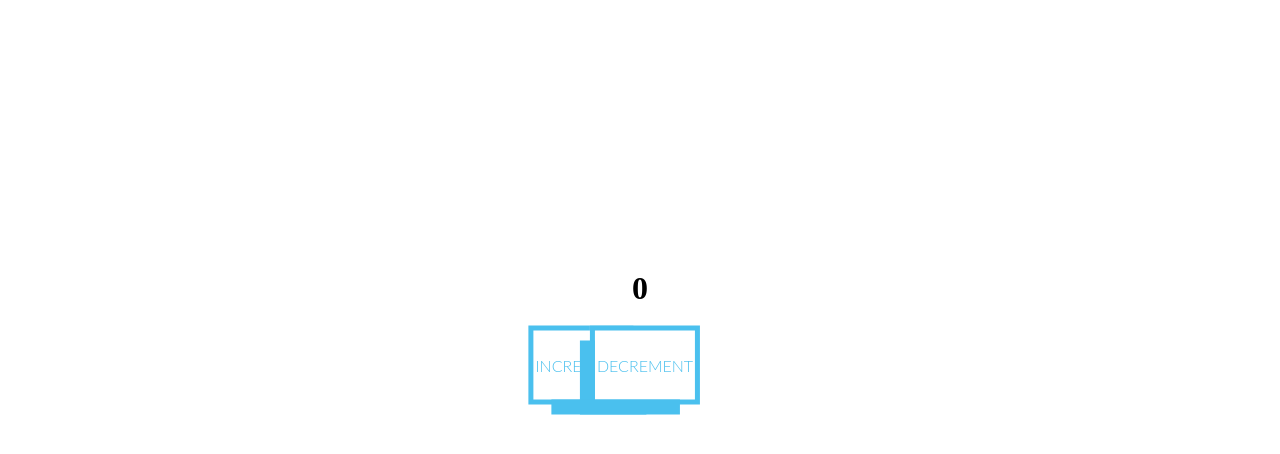
Repository: Ellisvelandia/react_introduction_test
Page: /
An editor plug-in stored every save of this project. The page is shown before and after the next save, followed by the edit.
The browser window is 1280 px wide. The pictures show the whole page.
The project was rebuilt for these pictures with package versions that can differ from the ones it lists, and the page was loaded fresh each time. Also part of the build but not shown: src/index.css.

Above is the page before, as saved 2022-08-15 20:13:39.

### src/App.js
import "./App.scss";
import React, { useState } from "react";

const App = () => {
  const [num, changeNum] = useState(0);

  const incrementNum = () => {
    changeNum(num + 2);
  };

  const decrementNum = () => {
    if (num - 1 < 0) {
      alert(`you can't decrease than 0`);
    } else {
      changeNum(num - 2);
    }
  };

  return (
    <>
      <div className="container">
        <h1>{num}</h1>
        <button className="button_I" onClick={incrementNum}>Increment</button>
        <button className="button_D" onClick={decrementNum}>Decrement</button>
      </div>
    </>
  );
};

export default App;

### src/App.scss
* {
  margin: 0;
  padding: 0;
  box-sizing: border-box;
}

body {
  width: 100%;
  height: 100vh;
  display: flex;
  justify-content: center;
  align-items: center;
  flex-direction: column;
}

.container {
  align-self: center;
}

h1 {
  position: absolute;
  left: 50%;
  top: 40%;
  transform: translateX(-50%) translateY(-50%);
}

button {
  font-size: 1rem;
  margin: 5px;
  font-family: "Lato", sans-serif;
  font-weight: 300;
}


.button_I {
  position: absolute;
  left: 45%;
  top: 50%;
  transform: translateX(-50%) translateY(-50%);

  background: #fff;
  max-width: 120px;
  padding: 25px 2px;

  border: 5px solid #4ac0ee;
  color: #4ac0ee;
  text-transform: uppercase;
  text-align: center;

  z-index: 2;
  transition: all 0.15s 0.15s ease-out;

  &:after,
  &:before {
    position: absolute;
    width: 100%;
    max-width: 100%;
    top: 100%;
    left: 0;
    bottom: -10px;
    content: "";
    z-index: 1;
    transition: all 0.15s 0.15s ease-out;
  }

  &:before {
    background: #4ac0ee;
    top: 10px;
    left: 103px;
    height: 100%;
    width: 15px;
  }

  &:after {
    width: 100%;
    background: #4ac0ee;
    right: 0px;
    left: 18px;
    height: 15px;
  }

  &:hover {
    background: #4ac0ee;
    color: #fff;
    margin-left: -7.5px;
    margin-bottom: -7.5px;

    &:after,
    &:before {
      top: 100%;
      left: 0;
      bottom: 0px;
    }

    &:before {
      top: 0px;
      left: 0px;
      width: 0px;
    }

    &:after {
      right: 0px;
      left: 0px;
      height: 0px;
    }
  }
}



.button_D {
  position: absolute;
  left: 50%;
  top: 50%;
  transform: translateX(-50%) translateY(-50%);

  background: #fff;
  max-width: 120px;
  padding: 25px 2px;

  border: 5px solid #4ac0ee;
  color: #4ac0ee;
  text-transform: uppercase;
  text-align: center;

  z-index: 2;
  transition: all 0.15s 0.15s ease-out;

  &:after,
  &:before {
    position: absolute;
    width: 100%;
    max-width: 100%;
    top: 100%;
    left: 0;
    bottom: -10px;
    content: "";
    z-index: 1;
    transition: all 0.15s 0.15s ease-out;
  }

  &:before {
    background: #4ac0ee;
    top: 10px;
    left: -15px;
    height: 100%;
    width: 15px;
  }

  &:after {
    width: 100%;
    background: #4ac0ee;
    right: 0px;
    left: -15px;
    height: 15px;
  }

  &:hover {
    background: #4ac0ee;
    color: #fff;
    margin-left: -7.5px;
    margin-bottom: -7.5px;

    &:after,
    &:before {
      top: 100%;
      left: 0;
      bottom: 0px;
    }

    &:before {
      top: 0px;
      left: 0px;
      width: 0px;
    }

    &:after {
      right: 0px;
      left: 0px;
      height: 0px;
    }
  }
}

Loaded but not shown: public/index.html (common file); src/index.js (common file); src/reportWebVitals.js (common file)

After the next save:
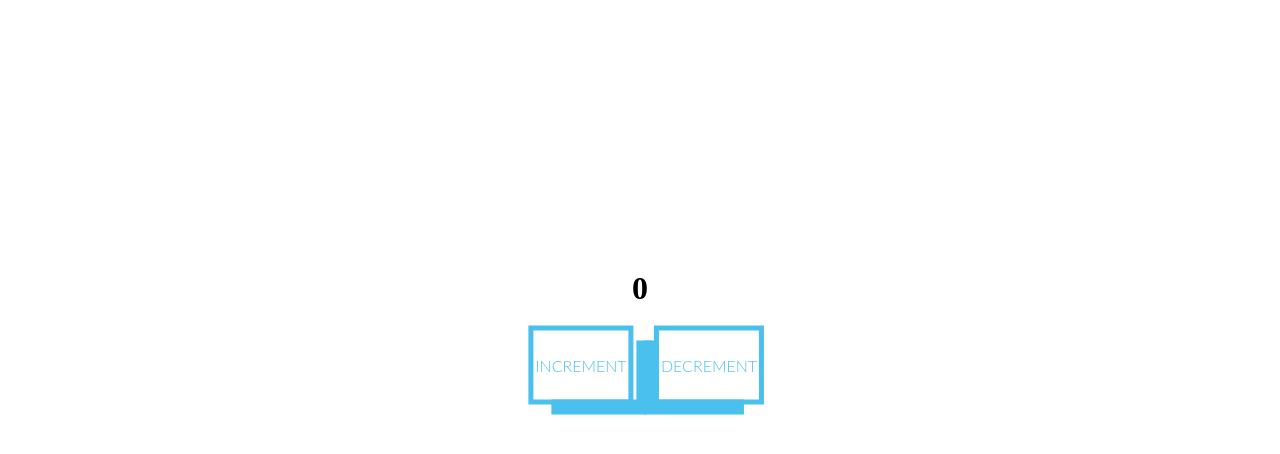
Saved 6 s later.
--- a/src/App.scss
+++ b/src/App.scss
@@ -110,7 +110,7 @@ button {
 
 .button_D {
   position: absolute;
-  left: 50%;
+  left: 55%;
   top: 50%;
   transform: translateX(-50%) translateY(-50%);
 
